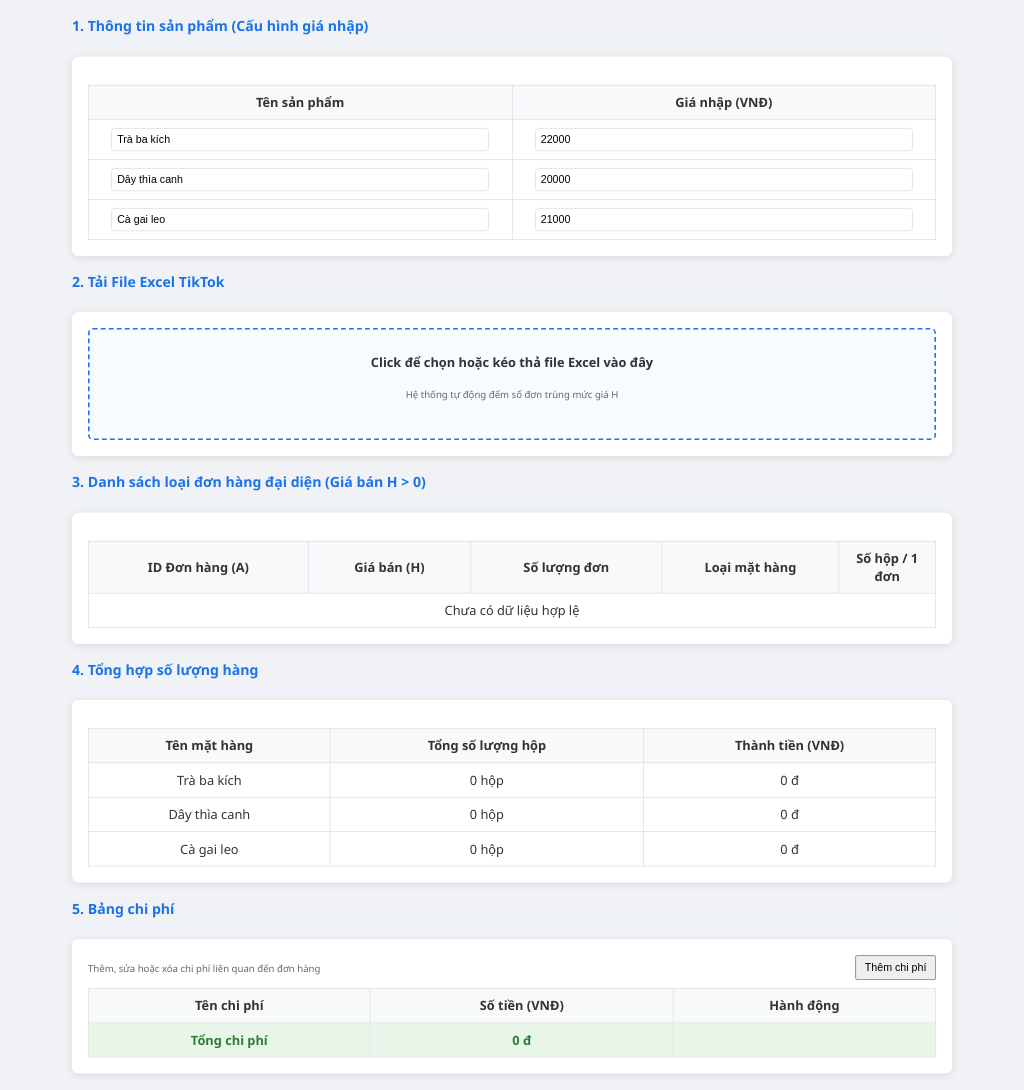
Repository: vanphi96/quyettoan.philv
Page: index.html
The author's editor kept a copy of each file at every save. The page is drawn from the files as they stood at one save, then again after the next save.
The browser window is 1280 px wide. The pictures show the whole page, at 80% of full size.

Above is the page before, as saved 2026-04-11 22:44:20.

After the next save:
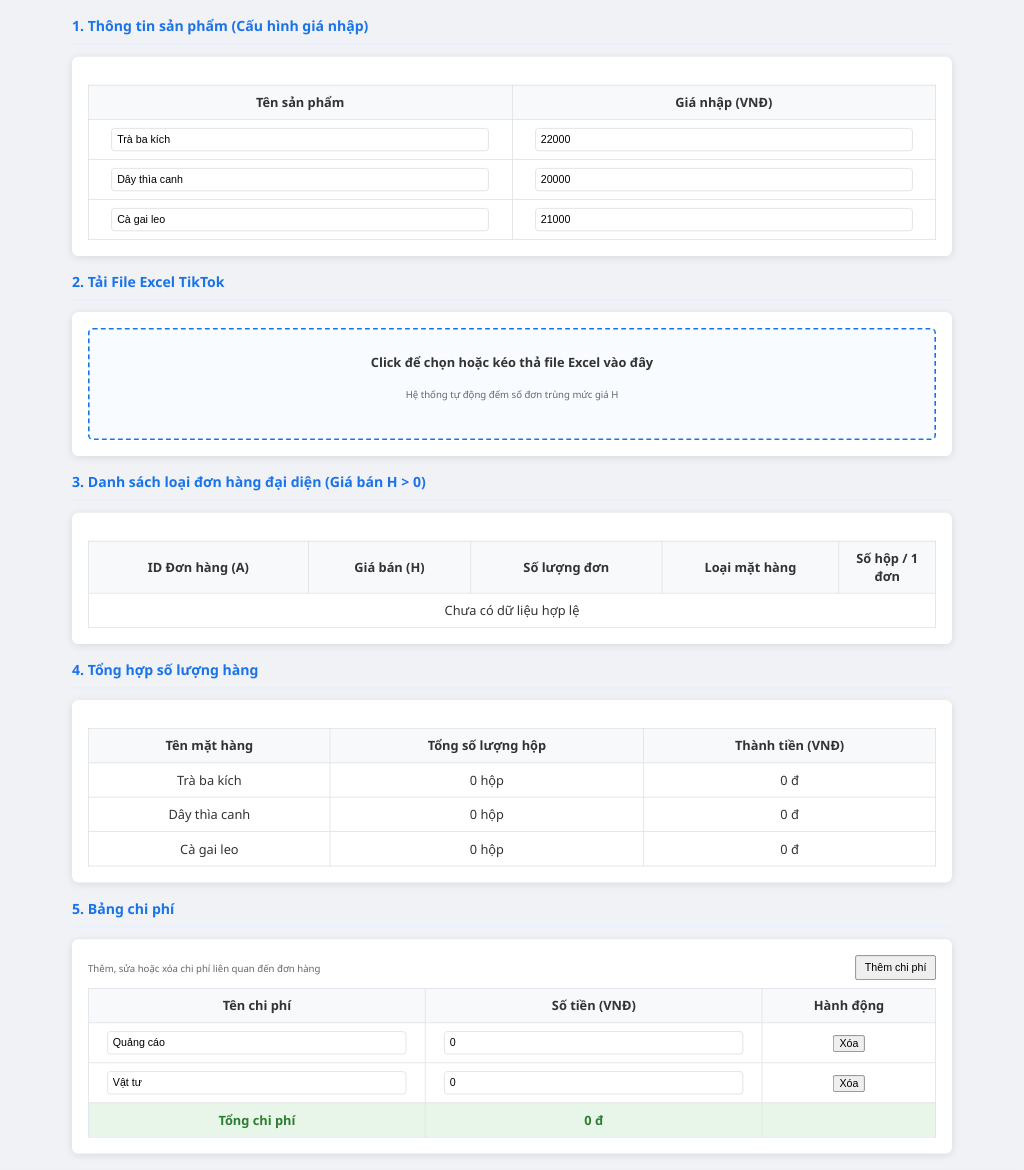
Saved 8 s later.
--- a/index.html
+++ b/index.html
@@ -141,6 +141,19 @@
         updateExpenseTotal();
     }
 
+    function onExpenseFocus(index, input) {
+        // remove formatting so user can type plain number
+        const raw = String(input.value).replace(/[^0-9.-]+/g, '');
+        input.value = raw || '';
+    }
+
+    function onExpenseBlur(index, input) {
+        const num = Number(String(input.value).replace(/[^0-9.-]+/g, '')) || 0;
+        expenses[index].amount = num;
+        input.value = num.toLocaleString();
+        updateExpenseTotal();
+    }
+
     function addExpense() {
         expenses.push({ name: 'Mẫu', amount: 0 });
         renderExpenses();
@@ -164,6 +177,9 @@
     }
 
     document.getElementById('addExpenseBtn').addEventListener('click', addExpense);
+
+    // Render expenses on load so default rows are visible
+    renderExpenses();
 
     function renderProductConfig() {
         const tbody = document.getElementById('productBody');
